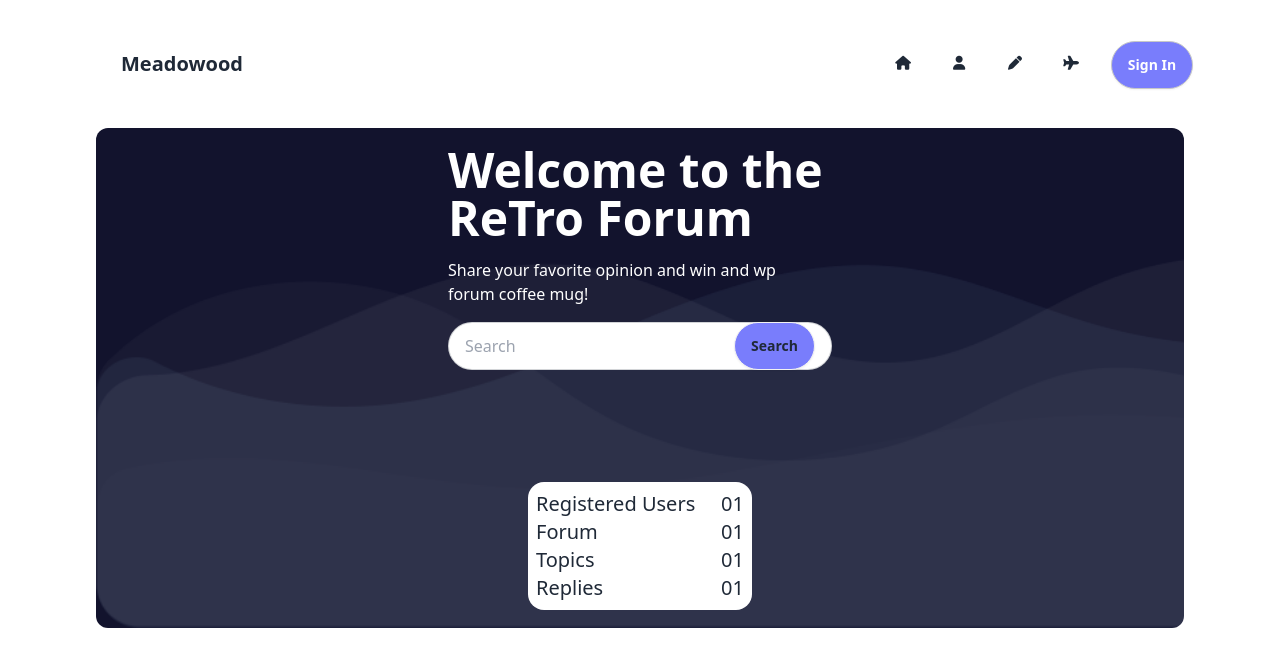
Repository: RudrasahaDibos/Meadowood-Forum
Page: index.html
The author's editor kept a copy of each file at every save. The page is drawn from the files as they stood at one save, then again after a run of saves.
The browser window is 1280 px wide. The pictures show the whole page.
Some web libraries are served in a nearby version.

Above is the page before, as saved 2024-11-24 12:57:29.

### index.html
<!DOCTYPE html>
<html lang="en">
    <head>
        <meta charset="UTF-8">
        <meta name="viewport" content="width=device-width, initial-scale=1.0">
        <title>Meadowood Forum</title>

        <!-- tailwind  -->
        <link
            href="https://cdn.jsdelivr.net/npm/daisyui@4.12.14/dist/full.min.css"
            rel="stylesheet" type="text/css" />
        <script src="https://cdn.tailwindcss.com"></script>

        <!-- font awesome  -->
        <link rel="stylesheet"
            href="https://cdnjs.cloudflare.com/ajax/libs/font-awesome/6.7.1/css/all.min.css"
            integrity="sha512-5Hs3dF2AEPkpNAR7UiOHba+lRSJNeM2ECkwxUIxC1Q/FLycGTbNapWXB4tP889k5T5Ju8fs4b1P5z/iB4nMfSQ=="
            crossorigin="anonymous" referrerpolicy="no-referrer" />

    </head>
    <body class="container mx-auto lg:px-24 px-8">
        <!-- header is start here  -->
        <header class="mt-8">
            <!-- navbar is start here  -->
            <div class="navbar bg-base-100">
                <div class="flex-1">
                    <a class="btn btn-ghost text-xl">Meadowood</a>
                </div>
                <div class="flex-none">
                    <div class="dropdown dropdown-end mr-6">
                        <div  role="button"
                            class="btn btn-ghost btn-circle flex w-full  ">
                            <div class="indicator rounded-full border-1 h-8 w-8 mr-4 tooltip" data-tip="home">
                                <i class="fa-solid fa-house h-5 w-5 mx-auto mt-2"></i>
                            </div>
                            <div class="indicator rounded-full border-1 h-8 w-8 mr-4 tooltip" data-tip="User">
                                <i class="fa-solid fa-user h-5 w-5 mx-auto mt-2"></i>
                            </div>
                            <div class="indicator rounded-full border-1 h-8 w-8 mr-4 tooltip" data-tip="pen">
                                <i class="fa-solid fa-pen h-5 w-5 mx-auto mt-2"></i>
                            </div>
                            <div class="indicator rounded-full border-1 h-8 w-8 mr-4 tooltip" data-tip="flight">
                                <i class="fa-solid fa-plane h-5 w-5 mx-auto mt-2"></i>
                            </div>
                        </div>

                    </div>
                    <div class="dropdown dropdown-end">
                        <div tabindex="0" role="button"
                            class="btn btn-ghost btn-circle avatar">

                                <button class="btn btn-active bg-[#797DFC] text-white rounded-full ">Sign In</button>

                        </div>
                        <ul
                            tabindex="0"
                            class="menu menu-sm dropdown-content bg-base-100 rounded-box z-[1] mt-3 w-52 p-2 shadow">
                            <li>
                                <a class="justify-between">
                                    Profile
                                    <span class="badge">New</span>
                                </a>
                            </li>
                            <li><a>Settings</a></li>
                            <li><a>Logout</a></li>
                        </ul>
                    </div>
                </div>
            </div>
            <!-- navbar is  end here  -->

             <!-- bannner start here  -->
             <div class="lg:w-full w-[450px] relative bg-no-repeat bg-cover h-[500px] z-0 rounded-xl overflow-hidden mt-8 bg-[#12132D]" style="background-image: url('/images/bgbanner.png');">
                <div class="relative top-0 left-0 w-full h-full z-10  lg:flex flex-col justify-center items-center gap-28 ">

                  <div class="space-y-4">
                    <h2 class="text-5xl font-extrabold font-manrope text-white">Welcome to the <br> ReTro Forum</h2>
                    <p class="text-white">Share your favorite opinion and win and wp <br> forum coffee mug!</p>
                    <label class="input input-bordered flex items-center gap-2 w-96 rounded-full">
                        <input type="text" class="grow" placeholder="Search" />
                         <button class="btn bg-[#797DFC] rounded-full">Search</button>
                      </label>
                  </div>

                   <div>
                    <ul class="menu bg-[#FFFFFF] rounded-box w-56">

                        <div class="flex justify-between"><a class="text-xl ">Registered Users</a><a class="text-xl ">01</a></div>
                        <div class="flex justify-between"><a class="text-xl ">Forum</a><a class="text-xl">01</a></div>
                        <div class="flex justify-between"><a class="text-xl ">Topics</a><a class="text-xl">01</a></div>
                        <div class="flex justify-between"><a class="text-xl ">Replies</a><a class="text-xl ">01</a></div>
                      </ul>
                   </div>

                </div>
                </div>
             <!-- bannner end here  -->




        </header>
        <!-- header is end here  -->

        <!-- main is start here  -->
        <main>

        </main>
        <!-- main is end here  -->

        <!-- footer is start here  -->

        <!-- footer is end here  -->
    </body>
</html>

After the next 3 saves:
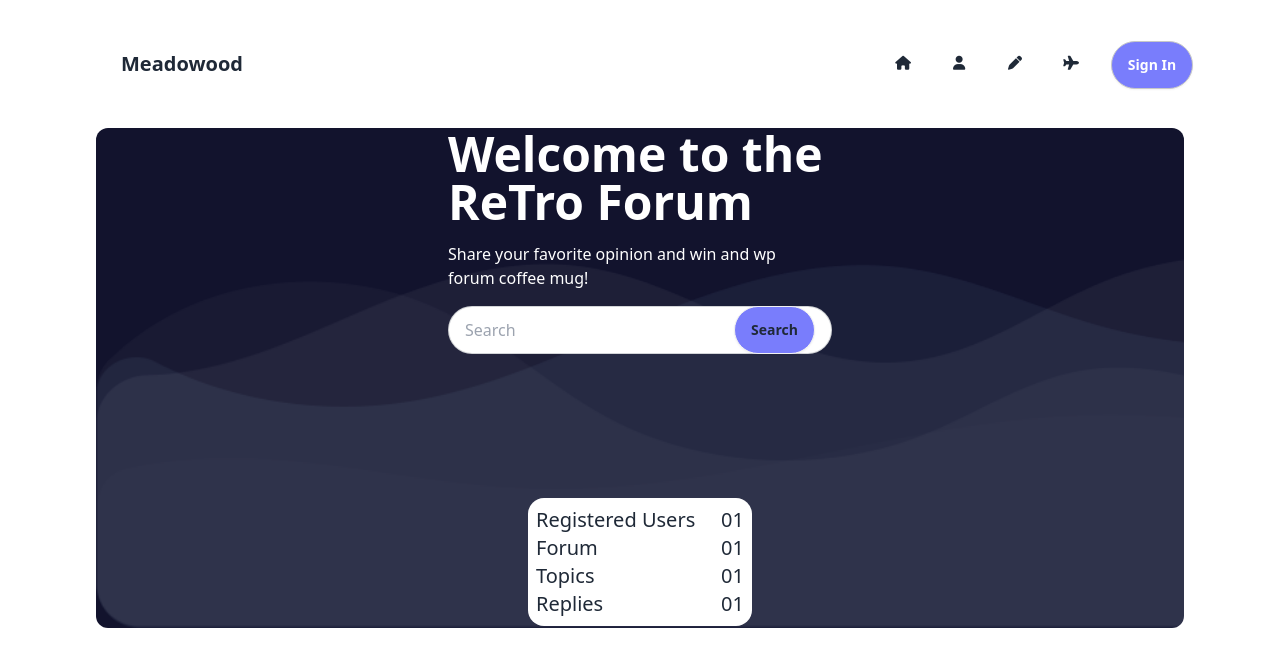
The 3 saves are shown as one change because they came seconds apart.
The last was saved 19 s later.
--- a/index.html
+++ b/index.html
@@ -71,7 +71,7 @@
 
              <!-- bannner start here  -->
              <div class="lg:w-full w-[450px] relative bg-no-repeat bg-cover h-[500px] z-0 rounded-xl overflow-hidden mt-8 bg-[#12132D]" style="background-image: url('/images/bgbanner.png');">
-                <div class="relative top-0 left-0 w-full h-full z-10  lg:flex flex-col justify-center items-center gap-28 ">
+                <div class="relative top-0 left-0 w-full h-full z-10  lg:flex flex-col justify-center items-center gap-28 space-y-8">
 
                   <div class="space-y-4">
                     <h2 class="text-5xl font-extrabold font-manrope text-white">Welcome to the <br> ReTro Forum</h2>
